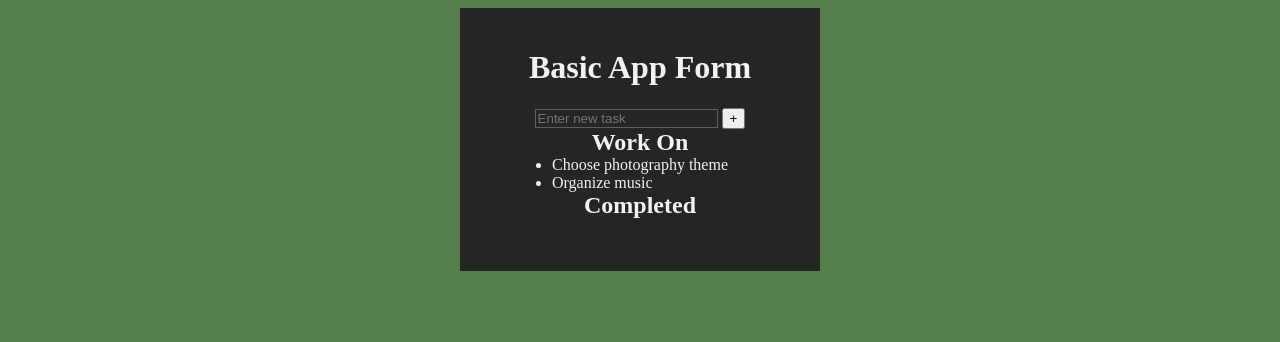
Repository: Kayla-amr/dgm_3760
Page: todoTemplate-W2/index.html
An editor plug-in stored every save of this project. The page is shown before and after the next save, followed by the edit.
The browser window is 1280 px wide. The pictures show the whole page.

Above is the page before, as saved 2022-10-17 17:08:34.

### todoTemplate-W2/index.html
<!DOCTYPE html>
<html lang="en">

<head>
    <meta charset="UTF-8">
    <meta http-equiv="X-UA-Compatible" content="IE=edge">
    <meta name="viewport" content="width=device-width, initial-scale=1.0">
    <link rel="stylesheet" href="styles.css">
    <title>Basic Todo App</title>
</head>

<body>
    <main>
        <div class="taskForm">
            <h1 class="formTitle"></h1>
            <div>
                <input class="userInput" type="text" placeholder="Enter new task">
                <button class="addTask">+</button>
            </div>
            <h2>Work On</h2>
            <ul class='todoTasks'>
            </ul>
            <h2>Completed</h2>
            <ul class='completeTasks'>
            </ul>
    </main>

    </div>
</body>
<script src="/todoTemplate-W2/index.js"></script>

</html>

### todoTemplate-W2/styles.css
body{
    background-color: #557f49;
    color: #f2f2f2;
}
main{
    display: flex;
    justify-content: center;
}

.taskForm{
    background-color: #262524;
    padding: 20px;
    width: 20rem;
    display: flex;
    flex-direction: column;
    justify-content: center;
    align-items: center;
}
h2{
    margin: 0;
    padding: 0;
}
.todoTasks{
    margin: 0;
    padding: 0;
}
.completedTasks{
    margin: 0;
    padding: 0;
}
.userInput{
    background-color: #eaaf1900;
    border: 1px solid #808080a1;
    color: #f2f2f2;
}

### todoTemplate-W2/index.js
let myList = [
	{
		id: 0,
		name: 'Choose photography theme',
		category: 'Homework',
		due_date: 'Tomorrow',
		status: false
	},
	{
		id: 1,
		name: 'Organize music',
		category: 'Chores',
		due_date: 'Wednesday',
		status: false
	}
];

//app title
document.querySelector('.formTitle').innerText = 'Basic App Form';

//view todods


function displayTodos(todos) {
	//clear out any tasks (li elements) that are in the UL
	taskUl.innerHTML = '';

	//for each todo in the array, add it to the container UL
	todos.forEach(function(myTask) {
		taskUl.innerHTML += `<li data-todoId='${myTask.id}'> ${myTask.name} </li>`;
	});
}

//add todos

//store element object for the add task button
const addBtn = document.querySelector('.addTask')

addBtn.addEventListener('click', (event) => {
	addTask()
})

function addTask(){
  let userInput = document.querySelector('.userInput').value;
  const newTodoObj = {
	id: myList.length + 1,
	name: userInput,
	category: null,
	due_date: null,
	status: false
}

  myList.push(newTodoObj);

  displayTodos(myList)
}

// create a function to complete todos
function completeTask(){
	// function will take 1 parameter (input) an id of the todo to complete
	// find the todo to complete and then change the value of status in the todo object
		//use the .findIndex method to get the index
		//then edit the object directly using bracket notation
		//IE: myList[todoIDX].status
}


//create a function to delete todos
function deleteTask(){
	//much the same as the complete todo function
	//instead of editing the object, you will need to remove it from the array
}


//for complete and delete event listeners you will need to listen for events on the UL

//get a reference to the task container UL
const taskUl = document.querySelector('.todoTasks');

taskUl.addEventListener('click', (event) => {
	//get the id of the todo that the user clicked on.
	console.log(event.target.dataset.todoid)

	const clickedTodoId = event.target.dataset.todoid

	const todoIdx = myList.findIndex((todo) => todo.id == clickedTodoId)

	console.log(todoIdx)
	//flip the status value
	myList[todoIdx].status = !myList[todoIdx].status

	console.log(myList)

	displayTodos(myList)
})


//on page load, show the todos
displayTodos(myList)

After the next save:
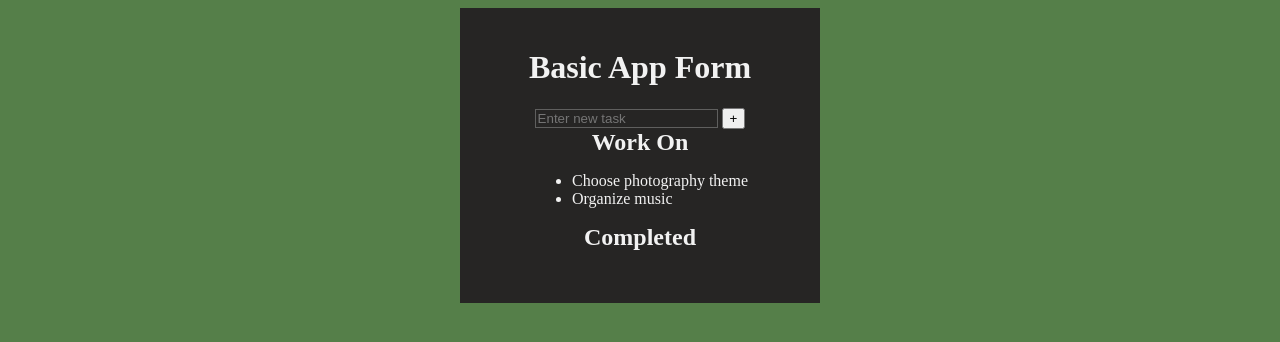
Saved 11 s later.
--- a/todoTemplate-W2/styles.css
+++ b/todoTemplate-W2/styles.css
@@ -20,10 +20,7 @@
     margin: 0;
     padding: 0;
 }
-.todoTasks{
-    margin: 0;
-    padding: 0;
-}
+
 .completedTasks{
     margin: 0;
     padding: 0;

After the save that followed:
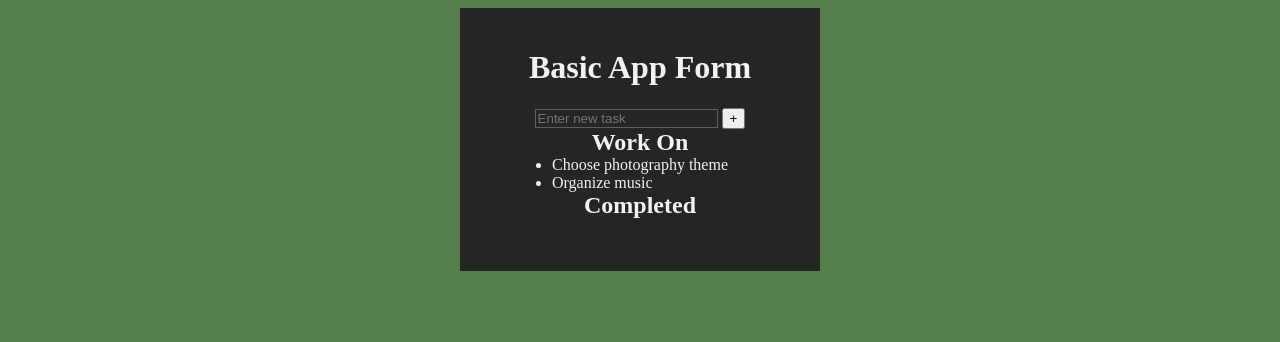
Saved 9 s later.
--- a/todoTemplate-W2/styles.css
+++ b/todoTemplate-W2/styles.css
@@ -20,7 +20,10 @@
     margin: 0;
     padding: 0;
 }
-
+.todoTasks{
+    margin: 0;
+    padding: 0;
+}
 .completedTasks{
     margin: 0;
     padding: 0;
